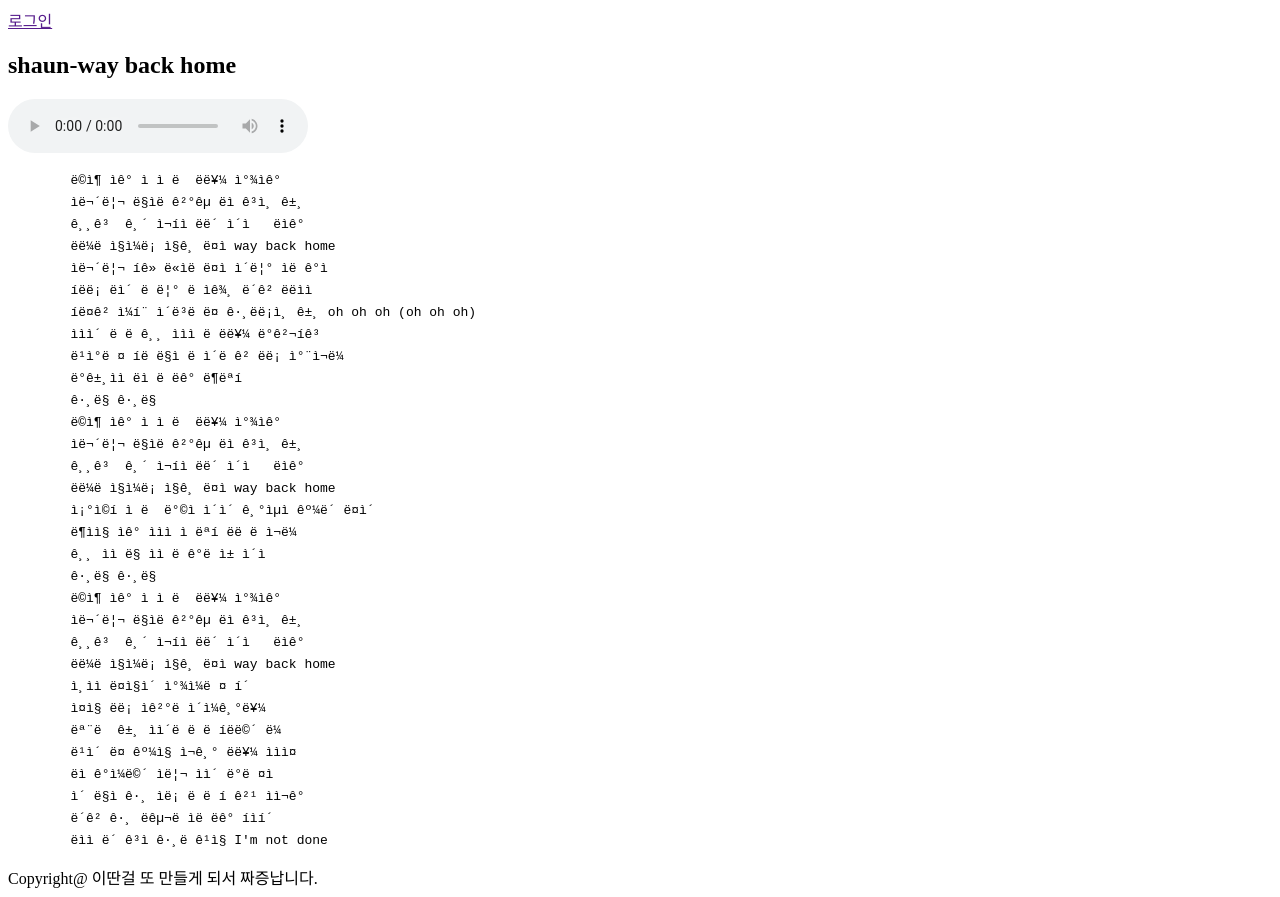
Repository: lch901/HelloWorld
Page: http://localhost/2020_shop/
The author's editor kept a copy of each file at every save. The page is drawn from the files as they stood at one save, then again after the next save.
The browser window is 1280 px wide. The pictures show the whole page.
The page is served by Tomcat 9. Other server files are loaded and not shown.

Above is the page before, as saved 2020-08-25 12:02:14.

### 2020_shop/WebContent/index.jsp
<%@ page language="java" contentType="text/html; charset=UTF-8"
    pageEncoding="UTF-8"%>
<%
	String view=request.getParameter("view");
	if(view==null){
		view="home.jsp";
	}
%>
<!DOCTYPE html>
<html>
<head>
<meta charset="UTF-8">
<title>Insert title here</title>
</head>
<body>
	<div class="container">
		<header>
			<a href="">로그인</a>
		</header>
		<section>
			<jsp:include page="<%=view %>"></jsp:include>
		</section>
		<footer>
			Copyright@ 이딴걸 또 만들게 되서 짜증납니다.
		</footer>
	</div>
</body>
</html>

### 2020_shop/WebContent/home.jsp

<h1>shaun-way back home</h1>
<audio controls>
	<source src="./music/WayBackHoe.mp3" type="audio/mp3">
</audio>
<pre>
 	멈춘 시간 속 잠든 너를 찾아가
	아무리 막아도 결국 너의 곁인 걸
	길고 긴 여행을 끝내 이젠 돌아가
	너라는 집으로 지금 다시 way back home
	아무리 힘껏 닫아도 다시 열린 서랍 같아
	하늘로 높이 날린 넌 자꾸 내게 되돌아와
	힘들게 삼킨 이별도 다 그대로인 걸 oh oh oh (oh oh oh)
	수없이 떠난 길 위에서 난 너를 발견하고
	비우려 했던 맘은 또 이렇게 너로 차올라
	발걸음의 끝에 늘 니가 부딪혀
	그만 그만
	멈춘 시간 속 잠든 너를 찾아가
	아무리 막아도 결국 너의 곁인 걸
	길고 긴 여행을 끝내 이젠 돌아가
	너라는 집으로 지금 다시 way back home
	조용히 잠든 방을 열어 기억을 꺼내 들어
	부서진 시간 위에서 선명히 너는 떠올라
	길 잃은 맘 속에 널 가둔 채 살아
	그만 그만
	멈춘 시간 속 잠든 너를 찾아가
	아무리 막아도 결국 너의 곁인 걸
	길고 긴 여행을 끝내 이젠 돌아가
	너라는 집으로 지금 다시 way back home
	세상을 뒤집어 찾으려 해
	오직 너로 완결된 이야기를
	모든 걸 잃어도 난 너 하나면 돼
	빛이 다 꺼진 여기 나를 안아줘
	눈을 감으면 소리 없이 밀려와
	이 마음 그 위로 넌 또 한 겹 쌓여가
	내겐 그 누구도 아닌 니가 필요해
	돌아와 내 곁에 그날까지 I'm not done
</pre>

After the next save:
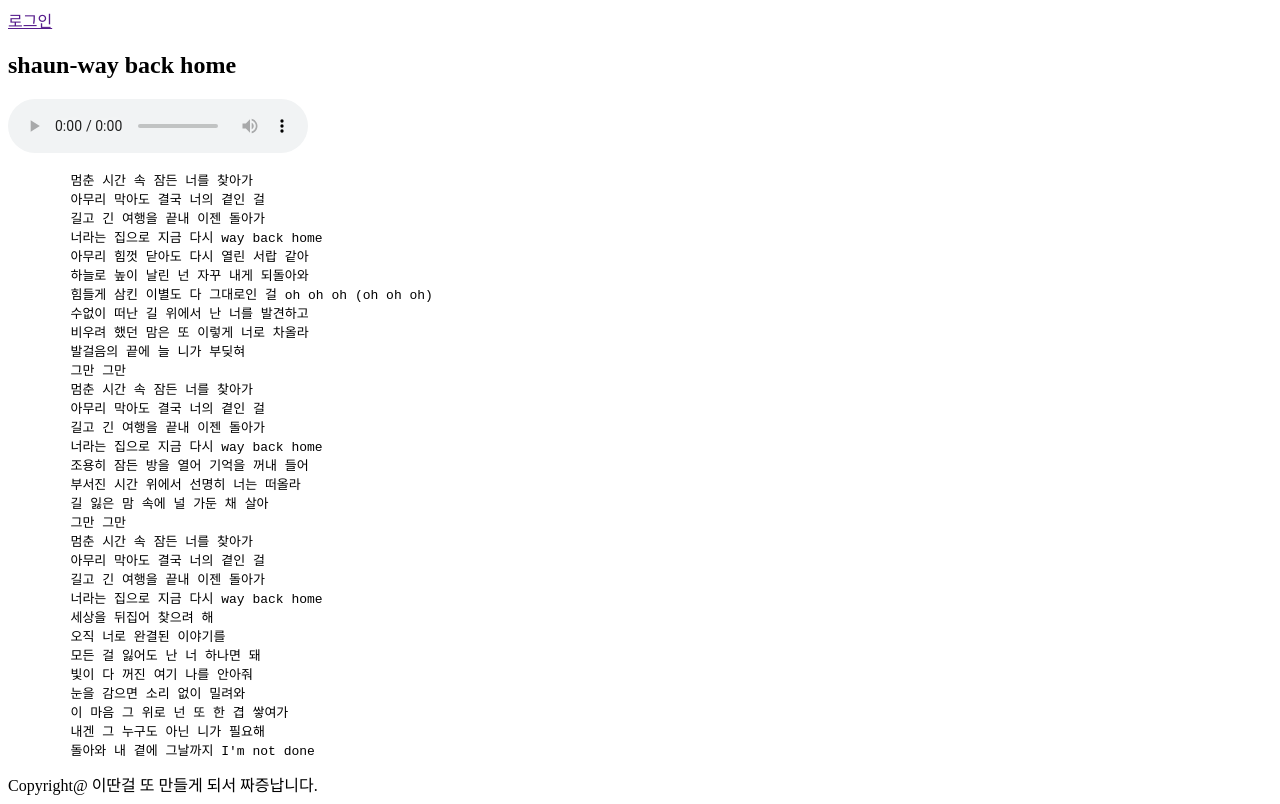
Saved 31 s later.
--- a/2020_shop/WebContent/home.jsp
+++ b/2020_shop/WebContent/home.jsp
@@ -1,4 +1,5 @@
-
+<%@ page language="java" contentType="text/html; charset=UTF-8"
+    pageEncoding="UTF-8"%>
 <h1>shaun-way back home</h1>
 <audio controls>
 	<source src="./music/WayBackHoe.mp3" type="audio/mp3">
